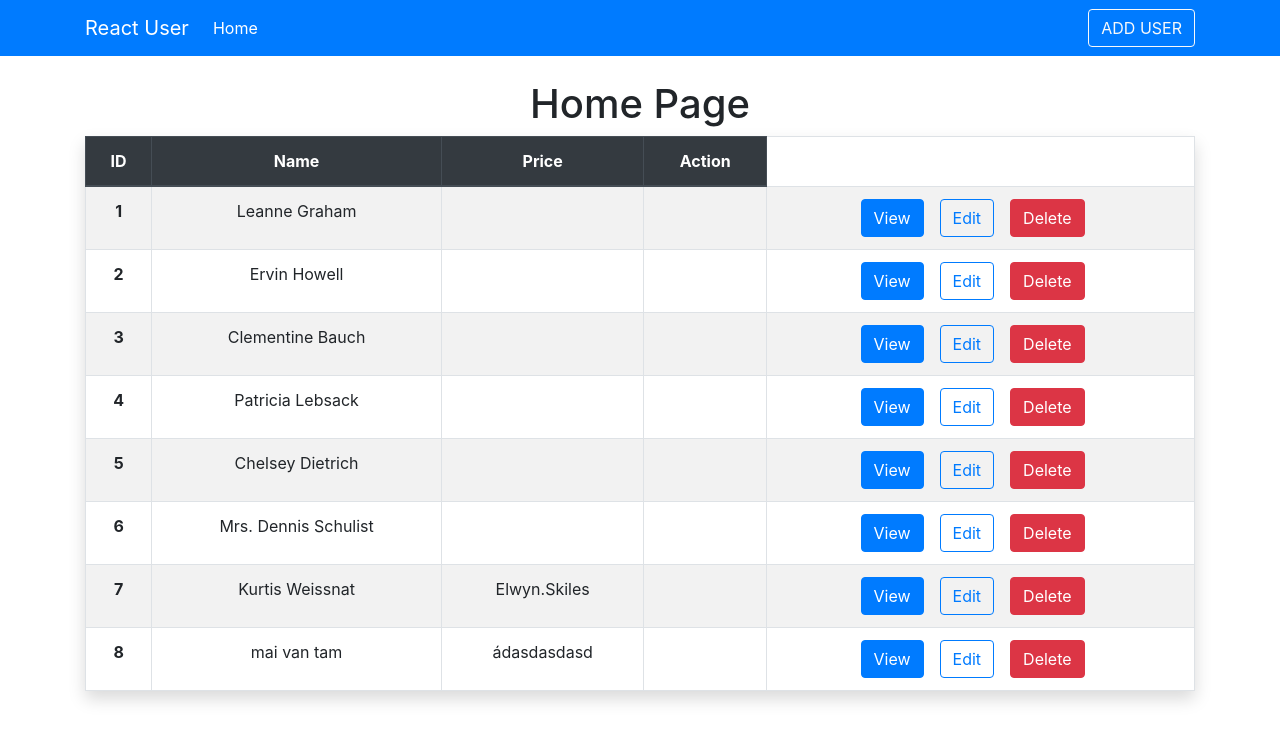
Repository: tammv/crud_product
Page: /
The author's editor kept a copy of each file at every save. The page is drawn from the files as they stood at one save, then again after the next save.
The browser window is 1280 px wide. The pictures show the whole page.
The project was rebuilt for these pictures with package versions that can differ from the ones it lists, and the page was loaded fresh each time. Requests to the local data server were answered from the project's data file. Also part of the build but not shown: src/index.css, src/components/pages/NotFound.js, src/components/users/AddUser.js, src/components/users/UpdateUser.js, src/components/users/User.js.

Above is the page before, as saved 2023-07-09 15:29:01.

After the next save:
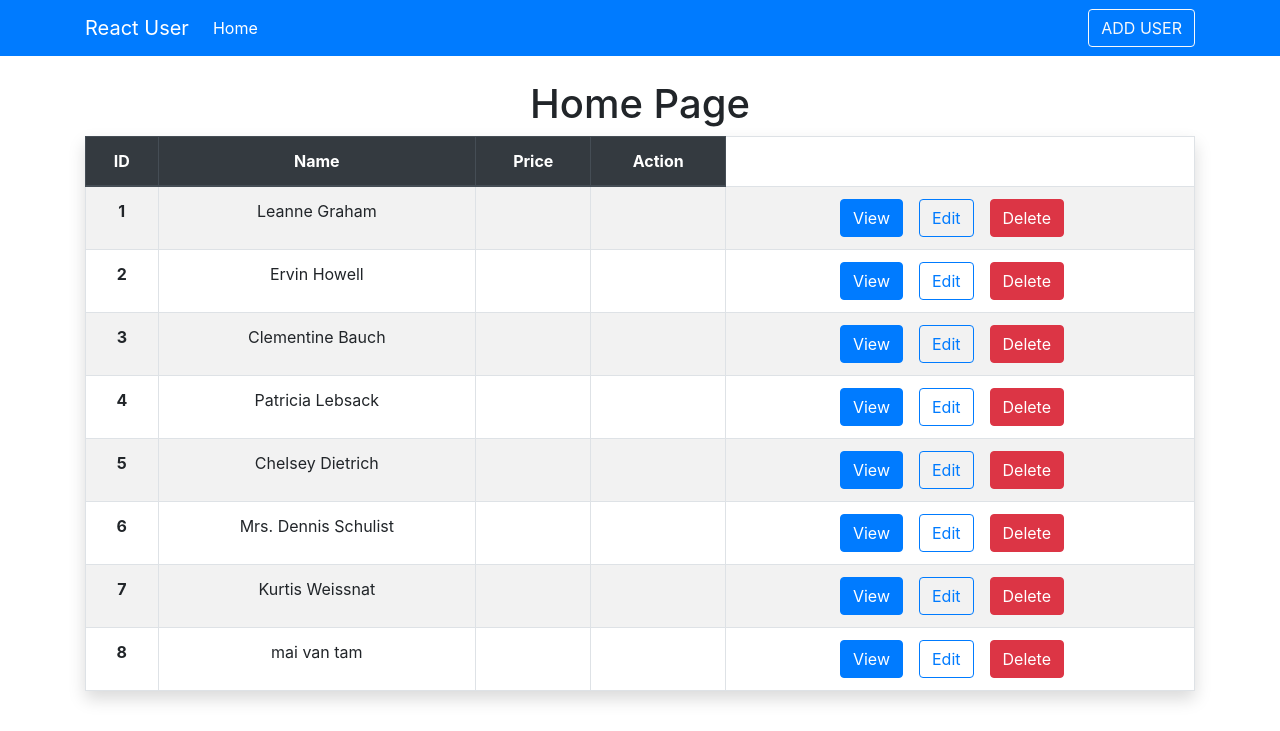
Saved 28 s later.
--- a/db.json
+++ b/db.json
@@ -33,12 +33,8 @@
     {
       "id": 7,
       "name": "Kurtis Weissnat",
-      "username": "Elwyn.Skiles"
+      "price": "1000"
     },
-    {
-      "name": "mai van tam",
-      "username": "ádasdasdasd",
-      "id": 8
-    }
+    { "id": 8, "name": "mai van tam", "price": "1000" }
   ]
 }
